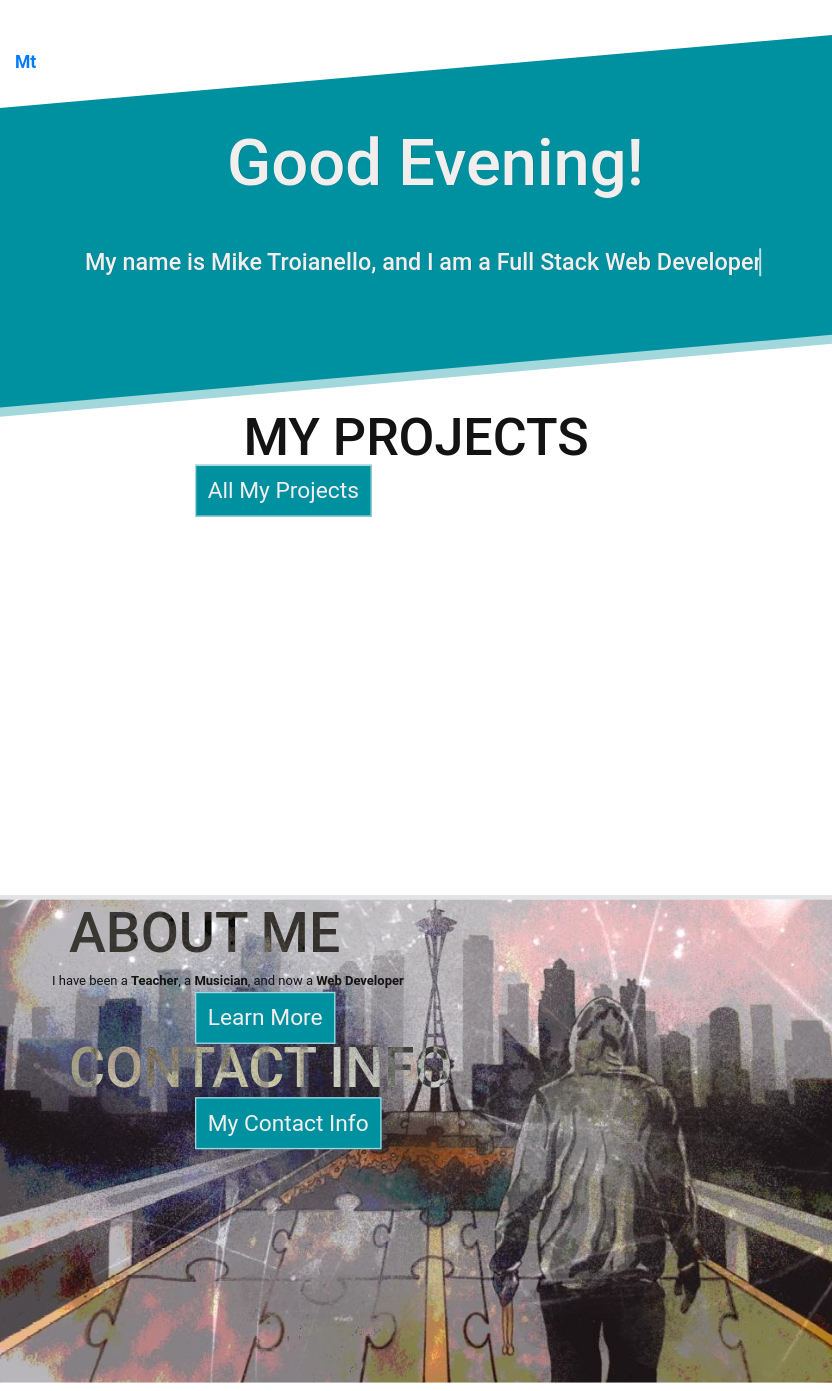
Repository: MikeTroianello/troianello
Page: /
An editor plug-in stored every save of this project. The page is shown before and after the next save, followed by the edit.
The browser window is 1280 px wide. The pictures show the whole page, at 65% of full size.
The project was rebuilt for these pictures with package versions that can differ from the ones it lists, and the page was loaded fresh each time. Also part of the build but not shown: src/components/locations/About.js, src/components/cards/RainbowDay.js, src/components/cards/CanvasBubbles.js, src/components/cards/projectCard.css, src/components/cards/projectCardMobile.css, src/components/cards/ProjectCard.js, src/components/locations/Projects.js, src/components/locations/Contact.js and 1 more.

Above is the page before, as saved 2019-08-01 12:08:14.

After the next save:
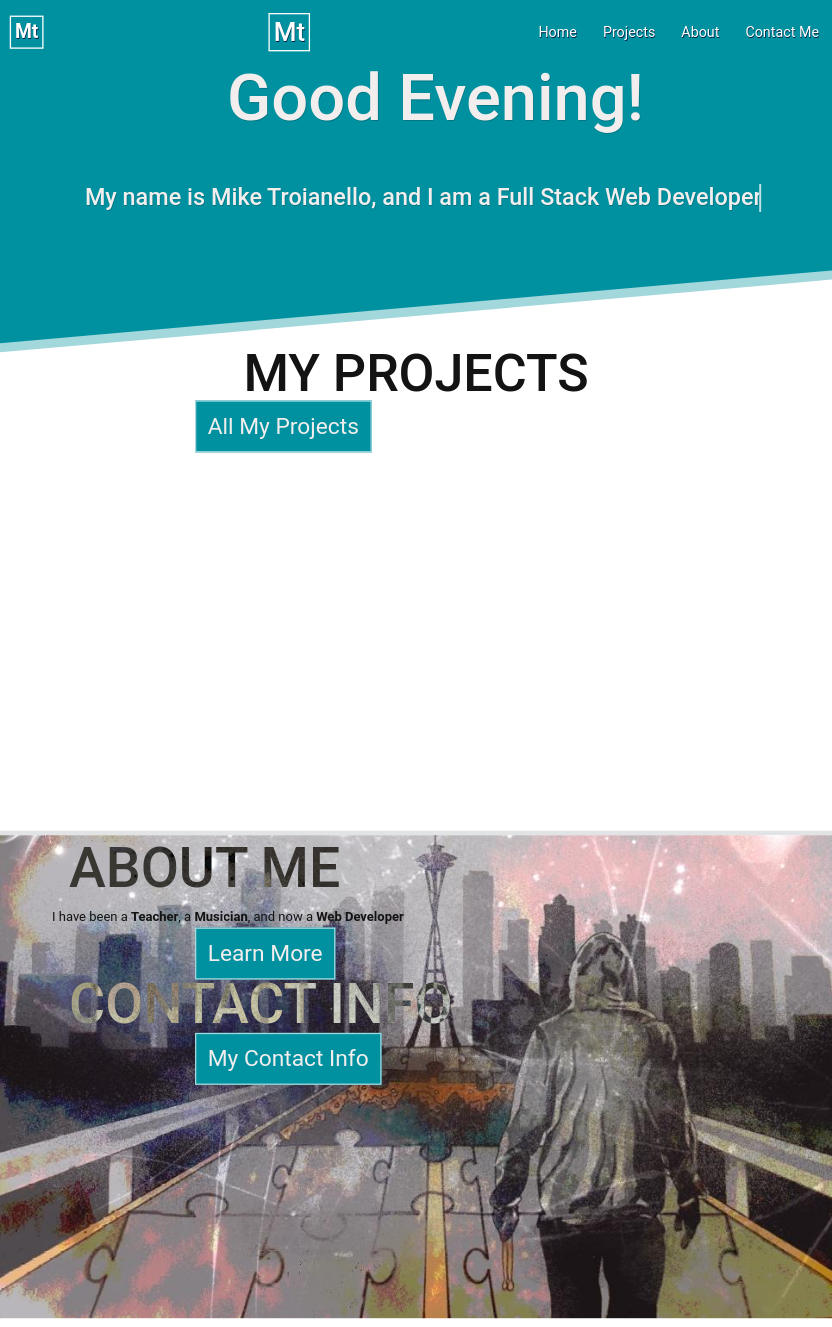
Saved 35 s later.
--- a/src/components/Header.js
+++ b/src/components/Header.js
@@ -10,7 +10,7 @@ export default class Header extends Component {
     // }
     /* <div className={headerClass}> */
     return (
-      <div>
+      <div className='header'>
         <div className='links'>
           <div className='logo'>
             <Link to='/'>Mt</Link>
